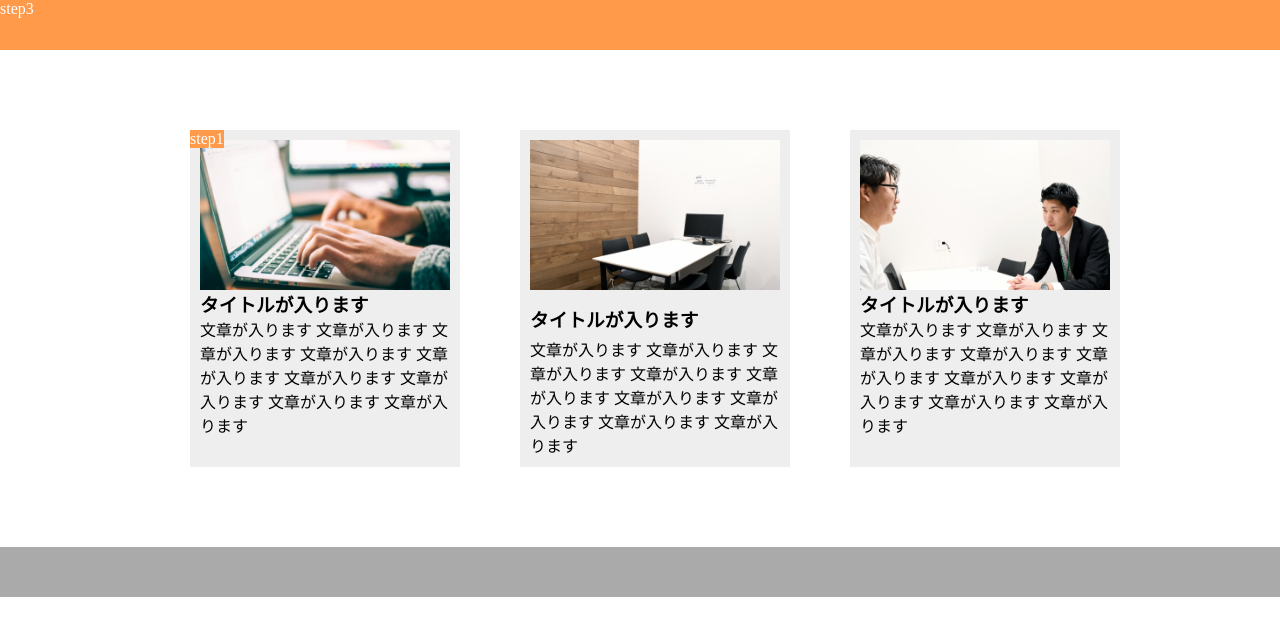
Repository: shizuki-okuma/dmm-webcamp
Page: chapter9_exercise/chapter9_exercise.html
The author's editor kept a record of every edit. The page is drawn from the files as they stood at one moment, then again after the next edit.
The browser window is 1280 px wide. The pictures show the whole page.

Above is the page before.

After the next edit:
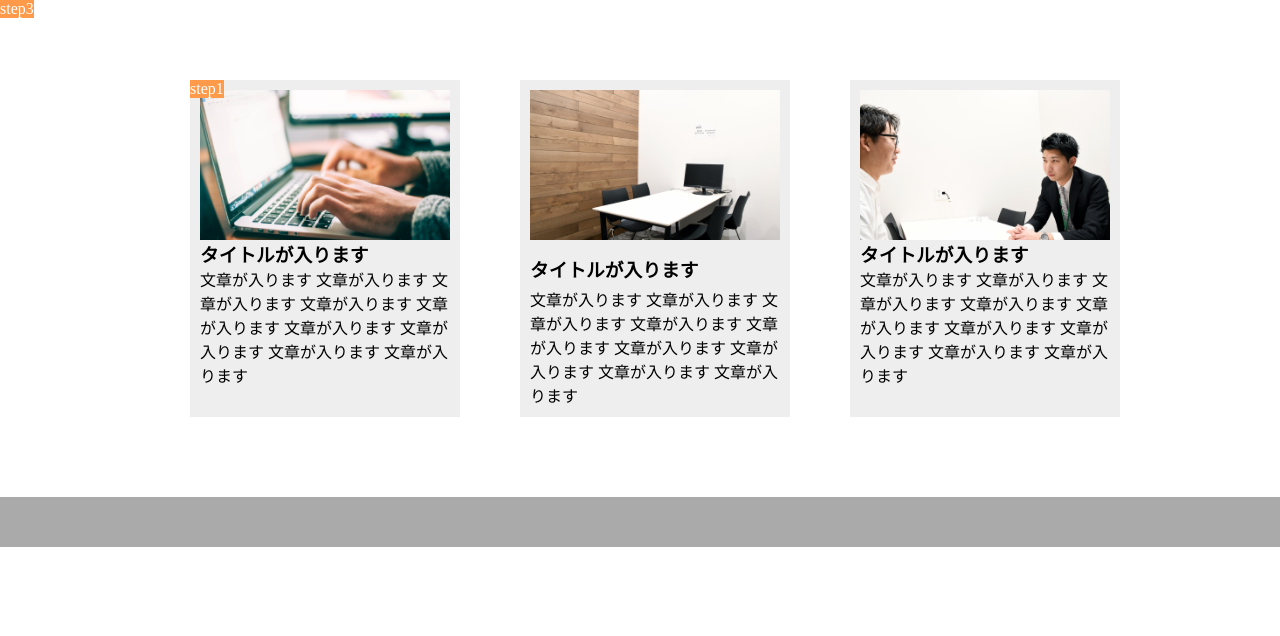
The edit:
--- a/chapter9_exercise/chapter9_exercise.html
+++ b/chapter9_exercise/chapter9_exercise.html
@@ -8,7 +8,9 @@
   </head>
 
   <body>
-    <div class="header"></div>
+    <head>
+
+    </head>
     <div class="main-visual">
       <div class="main-box1">
         <span class="icon">step1</span>
